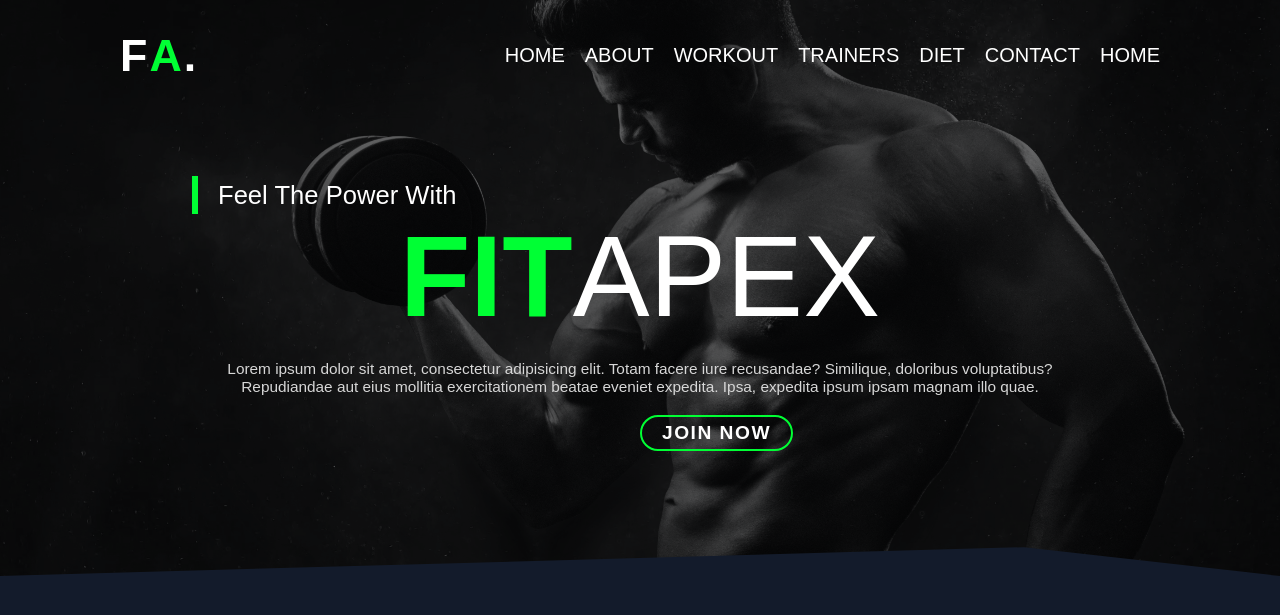
Repository: guilhermecardoso93/fitapex
Page: index.html
These files come from the project's save history. The page is drawn as it stood at one moment and after the next save; the edit follows.
The browser window is 1280 px wide. The pictures show the whole page.
The pointer rests on the first visible `.highlights .join`.

Above is the page before, as saved 2023-03-05 21:00:23.

### index.html
<!DOCTYPE html>
<html lang="pr-BR">
  <head>
    <meta charset="UTF-8" />
    <meta http-equiv="X-UA-Compatible" content="IE=edge" />
    <meta name="viewport" content="width=device-width, initial-scale=1.0" />
    <link rel="stylesheet" href="styles.css" />
    <link
      rel="stylesheet"
      href="https://cdnjs.cloudflare.com/ajax/libs/font-awesome/4.7.0/css/font-awesome.css"
    />
    <title>F.A GYM</title>
  </head>
  <body>
    <div class="navbar">
      <a href="#" class="logo">F<b>A</b>.</a>
      <ol>
        <li>
          <a href="#home">home</a>
        </li>
        <li>
          <a href="#about">about</a>
        </li>
        <li>
          <a href="#workout">workout</a>
        </li>
        <li>
          <a href="#trainers">trainers</a>
        </li>
        <li>
          <a href="#diet">diet</a>
        </li>
        <li>
          <a href="#contact">contact</a>
        </li>
        <li>
          <a href="#home">home</a>
        </li>
      </ol>
    </div>
    <section id="home" class="home view">
      <div class="highlights">
        <h3>feel the power with</h3>
        <h1><b>FIT</b>APEX</h1><br>
        <p class="tagline">
          Lorem ipsum dolor sit amet, consectetur adipisicing elit. Totam facere iure recusandae? Similique, doloribus voluptatibus? Repudiandae aut eius mollitia exercitationem beatae eveniet expedita. Ipsa, expedita ipsum ipsam magnam illo quae.
        </p>
        <button class="join">join now</button>
      </div>
      <div class="banner">

      </div>
    </section>
  </body>
</html>

### styles.css
@import url("https://fonts.googleapis.com/css2?family=Poppins:wght@400;500&display=swap");

@import "./css/_navbar.css";
@import "./css/_home.css";

* {
  margin: 0;
  padding: 0;
  box-sizing: border-box;
  font-family: "Poppisns", sans-serif;
  outline: none;
  color: #fff;
}

:root {
  --prime: #00ff34;
}

body {
  background-color: #131b2b;
}


.view {
  width: 100%;
  min-height: 80vh;
  position: relative;
}

### css/_navbar.css

.navbar {
  width: 100%;
  display: flex;
  position: fixed;
  padding: 30px 120px;
  background-color: transparent;
  justify-content: space-between;
  z-index: 1111;
  transition: 0.5s ease;
}

.logo {
  font-size: 2.8em;
  font-weight: 800;
  letter-spacing: 2px;
  text-transform: uppercase;
  text-decoration: none;
}

.logo B{
  color: var(--prime);
}

ol {
  display: flex;
  margin: auto 0;
}

ol li {
  list-style: none;
  margin-left: 20px;
}

ol li a {
  font-size: 20px;
  font-weight:500;
  text-transform: uppercase;
  text-decoration: none;
}

ol li:hover a {
  color: var(--prime);
}

### css/_home.css
.home {
  display: flex;
  min-height: 120vh;
  align-items: center;
  justify-content: center;
  clip-path: polygon(0 0, 100% 0, 100% 100%, 80% 95%, 0 100%);
}

.banner {
  height: 100%;
  width: 100%;
  position: absolute;
  background: url("../assets/banner.jpg");
  background-size: cover;
  background-position: center;
  filter: brightness(40%);
}

.highlights {
  width: 70%;
  position: relative;
  display: inline-block;
  z-index: 11;
}

.highlights h3 {
  display: inline;
  font-size: 2vw;
  padding: 5px 20px;
  font-weight: lighter;
  text-transform: capitalize;
  border-left: 6px solid var(--prime);
}

.highlights h1 {
  font-size: 9vw;
  text-align: center;
  font-weight: normal;
}

.highlights b {
  color: var(--prime);
  font-weight: 800;
  font-family: sans-serif;
}

.highlights .tagline {
  color: #d7d7d7;
  font-size: 1.2vw;
  text-align: center;
  font-weight: normal;
}

.highlights .join {
  position: absolute;
  left: 50%;
  margin-top: 1.2rem;
  padding: 5px 20px;

  transform: tanslateX(-500%);
  font-weight: 800;
  font-size: 1.5vw;
  text-transform: uppercase;

  color: var(--prime);
  border: 2px solid var(--prime);
  border-radius: 50px;
  background: transparent;

  transition: 0.3s ease;
}

.highlights .join:hover {
  color: #fff;
  cursor: pointer;
  letter-spacing: 1.5px;
}

After the next save:
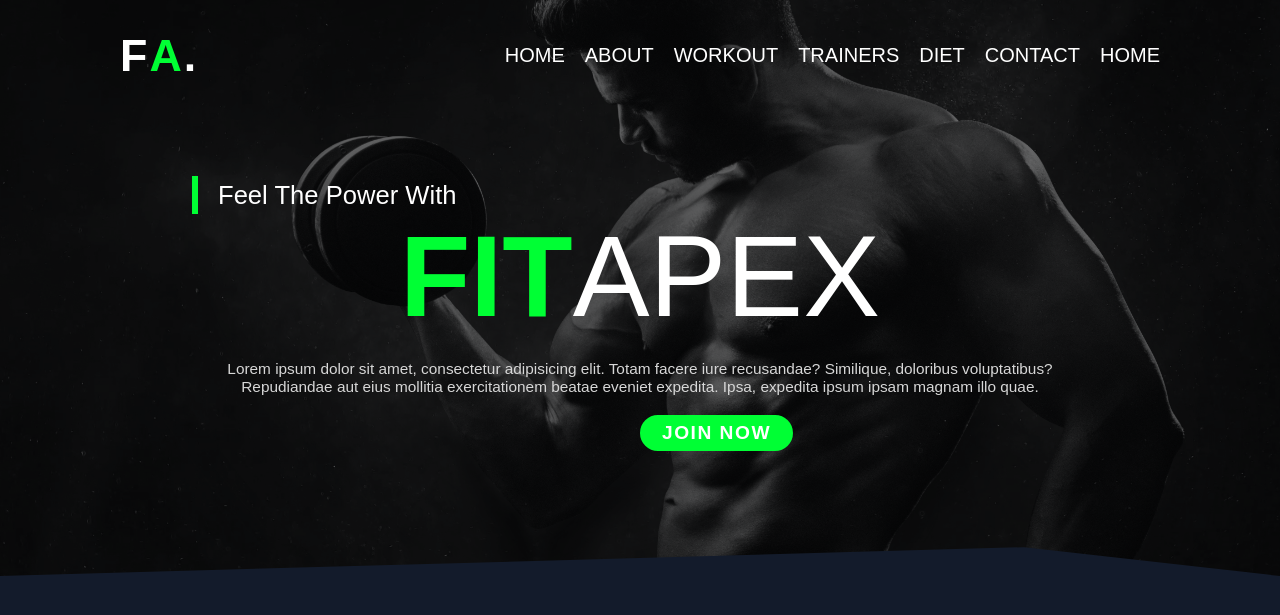
Saved 30 s later.
--- a/css/_home.css
+++ b/css/_home.css
@@ -74,4 +74,5 @@
   color: #fff;
   cursor: pointer;
   letter-spacing: 1.5px;
+  background: var(--prime);
 }
